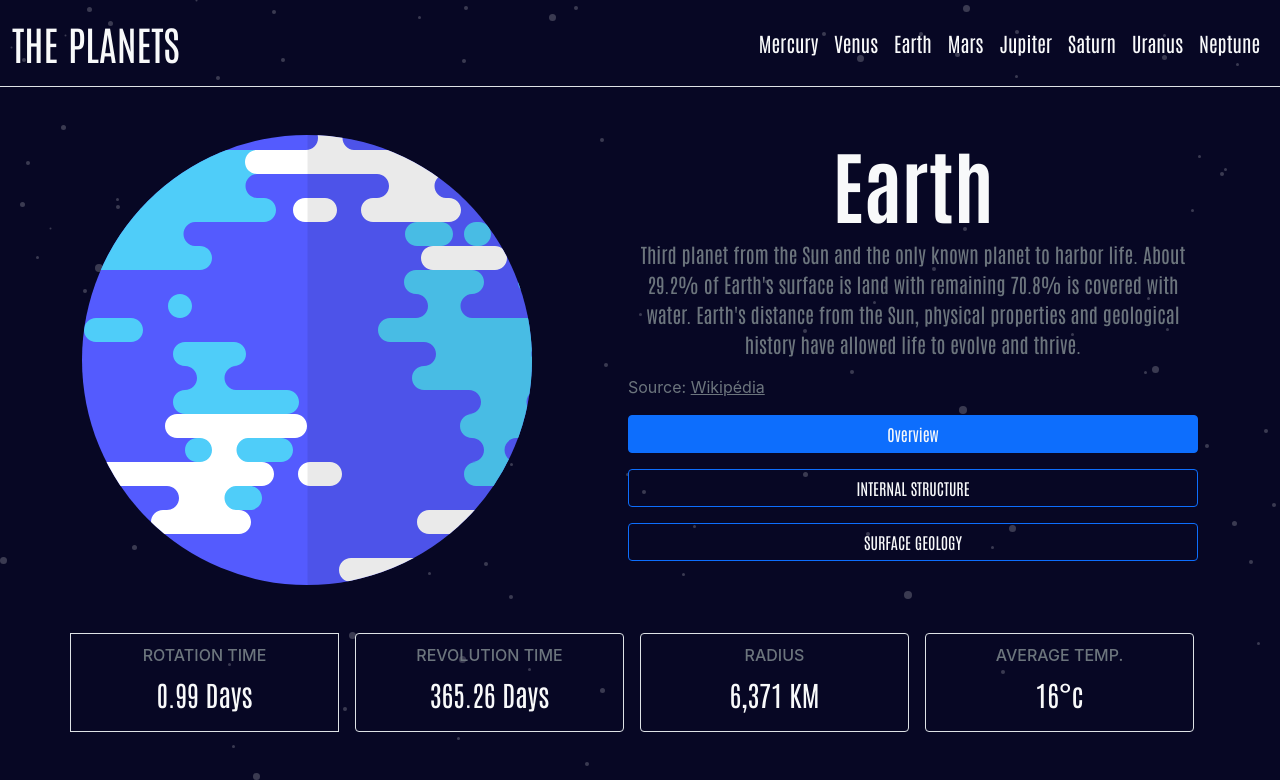
Repository: andre06x/the-planets
Page: /
An editor plug-in stored every save of this project. The page is shown before and after the next save, followed by the edit.
The browser window is 1280 px wide. The pictures show the whole page.
The project was rebuilt for these pictures with package versions that can differ from the ones it lists, and the page was loaded fresh each time.

Above is the page before, as saved 2021-10-19 17:09:00.

### public/index.html
<!DOCTYPE html>
<html lang="en">

<head>
  <meta charset="utf-8" />
  <link rel="icon" href="%PUBLIC_URL%/favicon.ico" />
  <meta name="viewport" content="width=device-width, initial-scale=1" />
  <meta name="theme-color" content="#000000" />
  <link rel="preconnect" href="https://fonts.googleapis.com">
  <link rel="preconnect" href="https://fonts.gstatic.com" crossorigin>
  <link href="https://fonts.googleapis.com/css2?family=Antonio:wght@400;500;600;700&display=swap" rel="stylesheet">
  <meta name="description" content="Web site created using create-react-app" />
  <link rel="apple-touch-icon" href="%PUBLIC_URL%/logo192.png" />
  <link rel="manifest" href="%PUBLIC_URL%/manifest.json" />
  <link rel="stylesheet" href="%PUBLIC_URL%/bootstrap-5.1.3-dist/css/bootstrap.min.css">
  <title>React App</title>
</head>

<body>
  <noscript>You need to enable JavaScript to run this app.</noscript>
  <div id="root"></div>
  <script src="./bootstrap-5.1.3-dist/js/bootstrap.min.js"></script>
</body>

</html>

### src/index.js
import React from 'react';
import ReactDOM from 'react-dom';
import App from './App';
import reportWebVitals from './reportWebVitals';
import Global from './styles/global';

ReactDOM.render(
  <React.StrictMode>
    <Global />
    <App />
  </React.StrictMode>,
  document.getElementById('root')
);

// If you want to start measuring performance in your app, pass a function
// to log results (for example: reportWebVitals(console.log))
// or send to an analytics endpoint. Learn more: https://bit.ly/CRA-vitals
reportWebVitals();

### src/App.js
// import './App.css';
import Header from './components/Header';
import Container from './components/Container';

function App() {
  return (
    <div className="App">
      <Header />
      <Container />
    </div>
  );
}

export default App;

### src/styles/global.js
import { createGlobalStyle } from 'styled-components';
import img from '../background-stars.svg';

export default createGlobalStyle`
  body {
    background-image: url(${img});
    background-color: #070724;
    background-repeat: repeat;
  margin: 0;
  font-family: -apple-system, BlinkMacSystemFont, 'Segoe UI', 'Roboto', 'Oxygen',
    'Ubuntu', 'Cantarell', 'Fira Sans', 'Droid Sans', 'Helvetica Neue',
    sans-serif;
  -webkit-font-smoothing: antialiased;
  -moz-osx-font-smoothing: grayscale;
}

code {
  font-family: source-code-pro, Menlo, Monaco, Consolas, 'Courier New',
    monospace;
}
`;

### src/components/Header.js
import React, { useEffect } from 'react';
import data from '../data.json';
import { usePlanet } from '../zustand';

const Header = () => {
  const planetSetar = usePlanet(state => state.nomePlanet);
  const planet = usePlanet(state => state.planet);

  useEffect(() => {
    console.log(planet)
  }, [planet])

  return (
    <nav class="navbar navbar-expand-lg navbar-dark bg-transparent border-bottom border-muted ">
      <div class="container-fluid d-flex justify-content-between">
        <a class="navbar-brand fs-1 text-light font-antonio" href="#a">THE PLANETS</a>
        <button class="navbar-toggler text-light" type="button" data-bs-toggle="collapse" data-bs-target="#navbarSupportedContent" aria-controls="navbarSupportedContent" aria-expanded="false" aria-label="Toggle navigation">
          <span class="navbar-toggler-icon text-light"></span>
        </button>
        <div class="collapse navbar-collapse justify-content-end" id="navbarSupportedContent">
          <div>
            <ul class="navbar-nav me-auto mb-2 mb-lg-0">
              {
                data.map(d => (
                  <li class="nav-item">
                    <a
                      class="nav-link active text-light fs-5 font-antonio"
                      aria-current="page"
                      href="#a"
                      onClick={() => planetSetar(d.name)}
                    >
                      {d.name}
                    </a>
                  </li>
                ))
              }
            </ul>
          </div>
        </div>
      </div>
    </nav>
  )
}



export default Header

### src/components/Container.js
import React, { useEffect, useState } from 'react';
// import earth from '../assets/planet-earth.svg';
import data from '../data.json';
import { usePlanet } from '../zustand';

const Container = () => {
  const [selectBox, setSelectBox] = useState(1);
  const planet = usePlanet(state => state.planet);
  // const [planet, setPlanet] = useState('Earth');
  const [text, setText] = useState(data.filter(d => d.name === planet)[0].overview);
  const [imagee, setImagee] = useState('assets/planet-earth.svg');
  const [imageGeology, setImageGeology] = useState('');
  const [dataPlanet, setDataPlanet] = useState(['']);



  const op = [
    { id: 1, titulo: 'Overview' },
    { id: 2, titulo: 'INTERNAL STRUCTURE' },
    { id: 3, titulo: 'SURFACE GEOLOGY' },
  ]

  function buttonChange(o) {
    setSelectBox(o.id);

    if (o.id === 1) {
      setText(data.filter(d => d.name === planet)[0].overview);
      setImagee(data.filter(d => d.name === planet)[0].images.planet);
      setImageGeology('');
    }

    if (o.id === 2) {
      setText(data.filter(d => d.name === planet)[0].structure);
      setImagee(data.filter(d => d.name === planet)[0].images.internal);
      setImageGeology('');

    }

    if (o.id === 3) {
      setText(data.filter(d => d.name === planet)[0].geology);
      setImagee(data.filter(d => d.name === planet)[0].images.planet);
      setImageGeology(data.filter(d => d.name === planet)[0].images.geology);
    }

  }

  useEffect(() => {
    setDataPlanet(data.filter(d => d.name === planet)[0]);
    setImagee(data.filter(d => d.name === planet)[0].images.planet);
    setText(data.filter(d => d.name === planet)[0].overview);
    setSelectBox(1);
    setImageGeology('');


  }, [planet]);
  return (
    <div className="container mt-md-5">
      <div className="d-flex flex-column">
        <div className="d-flex flex-md-row flex-column-reverse justify-content-between">
          <div className="me-md-5 d-flex justify-content-center position-relative">
            <img src={imagee} alt="" />
            <img src={imageGeology} alt="" className="position-absolute w-25 top-50 start-50 translate-middle"/>
          </div>
          <div className="ms-md-5 d-flex flex-md-column flex-column-reverse">
            <h1 className="display-1 text-light font-antonio fw-bold text-center">
              {planet}
            </h1>
            <p className="lead text-muted font-antonio text-center">
              {text.content}
            </p>
            <span className="text-secondary">
              Source: <a href="#a" className="text-secondary"> Wikipédia</a>
            </span>

            <div className="d-flex flex-md-column mt-md-3 font-antonio fw-bold">
              {op.map(o => (
                <button
                  className={`btn text-light btn-outline-primary mb-3 col-4 col-md-12 ${selectBox === o.id ? ' btn-primary' : ''}`}
                  onClick={() => buttonChange(o)}
                >
                  {o.titulo}
                </button>
              ))}
            </div>
          </div>
        </div>
      </div>
      <div className="row mt-5 mb-5 flex-md-row flex-column">
        <div class="col me-3 bg-transparent border">
          <div class="card-body d-flex flex-md-column justify-content-between align-items-center">
            <h6 class="card-subtitle mb-md-2 text-muted">
              ROTATION TIME
            </h6>
            <p class="card-text text-light font-antonio fs-md-1 fs-3">
              {dataPlanet.rotation}
            </p>
          </div>
        </div>
        <div class="card col me-3 bg-transparent border">
          <div class="card-body d-flex flex-md-column justify-content-between align-items-center">
            <h6 class="card-subtitle mb-md-2 text-muted">
              REVOLUTION TIME
            </h6>
            <p class="card-text text-light font-antonio fs-md-1 fs-3">
              {dataPlanet.revolution}
            </p>
          </div>
        </div>
        <div class="card col me-3 bg-transparent border">
          <div class="card-body d-flex flex-md-column justify-content-between align-items-center">
            <h6 class="card-subtitle mb-md-2 text-muted">
              RADIUS
            </h6>
            <p class="card-text text-light font-antonio fs-md-1 fs-3">
              {dataPlanet.radius}
            </p>
          </div>
        </div>
        <div class="card col me-3 bg-transparent border">
          <div class="card-body d-flex flex-md-column justify-content-between align-items-center">
            <h6 class="card-subtitle mb-md-2 text-muted">
              AVERAGE TEMP.
            </h6>
            <p class="card-text text-light font-antonio fs-md-1 fs-3">
              {dataPlanet.temperature}
            </p>
          </div>
        </div>
      </div>
    </div>
  )
}

export default Container;

### src/data.json
[
  {
    "name": "Mercury",
    "overview": {
      "content": "Mercury is the smallest planet in the Solar System and the closest to the Sun. Its orbit around the Sun takes 87.97 Earth days, the shortest of all the Sun's planets. Mercury is one of four terrestrial planets in the Solar System, and is a rocky body like Earth.",
      "source": "https://en.wikipedia.org/wiki/Mercury_(planet)"
    },
    "structure": {
      "content": "Mercury appears to have a solid silicate crust and mantle overlying a solid, iron sulfide outer core layer, a deeper liquid core layer, and a solid inner core. The planet's density is the second highest in the Solar System at 5.427 g/cm3 , only slightly less than Earth's density.",
      "source": "https://en.wikipedia.org/wiki/Mercury_(planet)#Internal_structure"
    },
    "geology": {
      "content": "Mercury's surface is similar in appearance to that of the Moon, showing extensive mare-like plains and heavy cratering, indicating that it has been geologically inactive for billions of years. It is more heterogeneous than either Mars's or the Moon’s.",
      "source": "https://en.wikipedia.org/wiki/Mercury_(planet)#Surface_geology"
    },
    "rotation": "58.6 Days",
    "revolution": "87.97 Days",
    "radius": "2,439.7 KM",
    "temperature": "430°c",
    "images": {
      "planet": "assets/planet-mercury.svg",
      "internal": "assets/planet-mercury-internal.svg",
      "geology": "assets/geology-mercury.png"
    }
  },
  {
    "name": "Venus",
    "overview": {
      "content": "Venus is the second planet from the Sun. It is named after the Roman goddess of love and beauty. As the brightest natural object in Earth's night sky after the Moon, Venus can cast shadows and can be, on rare occasions, visible to the naked eye in broad daylight.",
      "source": "https://en.wikipedia.org/wiki/Venus"
    },
    "structure": {
      "content": "The similarity in size and density between Venus and Earth suggests they share a similar internal structure: a core, mantle, and crust. Like that of Earth, Venusian core is most likely at least partially liquid because the two planets have been cooling at about the same rate.",
      "source": "https://en.wikipedia.org/wiki/Venus#Internal_structure"
    },
    "geology": {
      "content": "Much of the Venusian surface appears to have been shaped by volcanic activity. Venus has several times as many volcanoes as Earth, and it has 167 large volcanoes that are over 100 km (60 mi) across. The only volcanic complex of this size on Earth is the Big Island of Hawaii.",
      "source": "https://en.wikipedia.org/wiki/Venus#Surface_geology"
    },
    "rotation": "243 Days",
    "revolution": "224.7 Days",
    "radius": "6,051.8 KM",
    "temperature": "471°c",
    "images": {
      "planet": "assets/planet-venus.svg",
      "internal": "assets/planet-venus-internal.svg",
      "geology": "assets/geology-venus.png"
    }
  },
  {
    "name": "Earth",
    "overview": {
      "content": "Third planet from the Sun and the only known planet to harbor life. About 29.2% of Earth's surface is land with remaining 70.8% is covered with water. Earth's distance from the Sun, physical properties and geological history have allowed life to evolve and thrive.",
      "source": "https://en.wikipedia.org/wiki/Earth"
    },
    "structure": {
      "content": "Earth's interior, like that of the other terrestrial planets, is divided into layers by their chemical or physical (rheological) properties. The outer layer is a chemically distinct silicate solid crust, which is underlain by a highly viscous solid mantle.",
      "source": "https://en.wikipedia.org/wiki/Earth#Internal_structure"
    },
    "geology": {
      "content": "The total surface area of Earth is about 510 million km2. The continental crust consists of lower density material such as the igneous rocks granite and andesite. Less common is basalt, a denser volcanic rock that is the primary constituent of the ocean floors.",
      "source": "https://en.wikipedia.org/wiki/Earth#Surface"
    },
    "rotation": "0.99 Days",
    "revolution": "365.26 Days",
    "radius": "6,371 KM",
    "temperature": "16°c",
    "images": {
      "planet": "assets/planet-earth.svg",
      "internal": "assets/planet-earth-internal.svg",
      "geology": "assets/geology-earth.png"
    }
  },
  {
    "name": "Mars",
    "overview": {
      "content": "Mars is the fourth planet from the Sun and the second-smallest planet in the Solar System, being larger than only Mercury. In English, Mars carries the name of the Roman god of war and is often referred to as the \"Red Planet\".",
      "source": "https://en.wikipedia.org/wiki/Mars"
    },
    "structure": {
      "content": "Like Earth, Mars has differentiated into a dense metallic core overlaid by less dense materials. Scientists initially determined that the core is at least partially liquid. Current models of its interior imply a core consisting primarily of iron and nickel with about 16–17% sulfur.",
      "source": "https://en.wikipedia.org/wiki/Mars#Internal_structure"
    },
    "geology": {
      "content": "Mars is a terrestrial planet whose surface consists of minerals containing silicon and oxygen, metals, and other elements that typically make up rock. The surface is primarily composed of tholeiitic basalt, although parts are more silica-rich than typical basalt.",
      "source": "https://en.wikipedia.org/wiki/Mars#Surface_geology"
    },
    "rotation": "1.03 Days",
    "revolution": "1.88 Years",
    "radius": "3,389.5 KM",
    "temperature": "-28°c",
    "images": {
      "planet": "assets/planet-mars.svg",
      "internal": "assets/planet-mars-internal.svg",
      "geology": "assets/geology-mars.png"
    }
  },
  {
    "name": "Jupiter",
    "overview": {
      "content": "Jupiter is the fifth planet from the Sun and the largest in the Solar System. It is a gas giant with a mass two and a half times that of all the other planets in the Solar System combined, but less than one-thousandth the mass of the Sun.",
      "source": "https://en.wikipedia.org/wiki/Jupiter"
    },
    "structure": {
      "content": "When the Juno arrived in 2016, it found that Jupiter has a very diffuse core that mixes into its mantle. A possible cause is an impact from a planet of about ten Earth masses a few million years after Jupiter's formation, which would have disrupted an originally solid Jovian core.",
      "source": "https://en.wikipedia.org/wiki/Jupiter#Internal_structure"
    },
    "geology": {
      "content": "The best known feature of Jupiter is the Great Red Spot, a persistent anticyclonic storm located 22° south of the equator. It is known to have existed since at least 1831, and possibly since 1665.",
      "source": "https://en.wikipedia.org/wiki/Jupiter#Great_Red_Spot_and_other_vortices"
    },
    "rotation": "9.93 Hours",
    "revolution": "11.86 Years",
    "radius": "69,911 KM",
    "temperature": "-108°c",
    "images": {
      "planet": "assets/planet-jupiter.svg",
      "internal": "assets/planet-jupiter-internal.svg",
      "geology": "assets/geology-jupiter.png"
    }
  },
  {
    "name": "Saturn",
    "overview": {
      "content": "Saturn is the sixth planet from the Sun and the second-largest in the Solar System, after Jupiter. It is a gas giant with an average radius of about nine and a half times that of Earth. It only has one-eighth the average density of Earth.",
      "source": "https://en.wikipedia.org/wiki/Saturn"
    },
    "structure": {
      "content": "Despite consisting mostly of hydrogen and helium, most of Saturn's mass is not in the gas phase, because hydrogen becomes a non-ideal liquid when the density is above 0.01 g/cm3, which is reached at a radius containing 99.9% of Saturn's mass.",
      "source": "https://en.wikipedia.org/wiki/Saturn#Internal_structure"
    },
    "geology": {
      "content": "The outer atmosphere of Saturn contains 96.3% molecular hydrogen and 3.25% helium by volume. The planet's most famous feature is its prominent ring system, which is composed mostly of ice particles with a smaller amount of rocky debris and dust.",
      "source": "https://en.wikipedia.org/wiki/Saturn#Atmosphere"
    },
    "rotation": "10.8 Hours",
    "revolution": "29.46 Years",
    "radius": "58,232 KM",
    "temperature": "-138°c",
    "images": {
      "planet": "assets/planet-saturn.svg",
      "internal": "assets/planet-saturn-internal.svg",
      "geology": "assets/geology-saturn.png"
    }
  },
  {
    "name": "Uranus",
    "overview": {
      "content": "Uranus is the seventh planet from the Sun. Its name is a reference to the Greek god of the sky, Uranus according to Greek mythology, was the great-grandfather of Ares. It has the third-largest planetary radius and fourth-largest planetary mass in the Solar System.",
      "source": "https://en.wikipedia.org/wiki/Uranus"
    },
    "structure": {
      "content": "The standard model of Uranus's structure is that it consists of three layers: a rocky (silicate/iron–nickel) core in the centre, an icy mantle in the middle and an outer gaseous hydrogen/helium envelope. The core is relatively small, with a mass of only 0.55 Earth masses.",
      "source": "https://en.wikipedia.org/wiki/Uranus#Internal_structure"
    },
    "geology": {
      "content": "The composition of Uranus's atmosphere is different from its bulk, consisting mainly of molecular hydrogen and helium. The helium molar fraction, i.e. the number of helium atoms per molecule of gas, is 0.15±0.03 in the upper troposphere.",
      "source": "https://en.wikipedia.org/wiki/Uranus#Atmosphere"
    },
    "rotation": "17.2 Hours",
    "revolution": "84 Years",
    "radius": "25,362 KM",
    "temperature": "-195°c",
    "images": {
      "planet": "assets/planet-uranus.svg",
      "internal": "assets/planet-uranus-internal.svg",
      "geology": "assets/geology-uranus.png"
    }
  },
  {
    "name": "Neptune",
    "overview": {
      "content": "Neptune is the eighth and farthest-known Solar planet from the Sun. In the Solar System, it is the fourth-largest planet by diameter, the third-most-massive planet, and the densest giant planet. It is 17 times the mass of Earth, more massive than its near-twin Uranus.",
      "source": "https://en.wikipedia.org/wiki/Neptune"
    },
    "structure": {
      "content": "Neptune's internal structure resembles that of Uranus. Its atmosphere forms about 5% to 10% of its mass and extends perhaps 10% to 20% of the way towards the core. Increasing concentrations of methane, ammonia and water are found in the lower regions.",
      "source": "https://en.wikipedia.org/wiki/Neptune#Internal_structure"
    },
    "geology": {
      "content": "Neptune's atmosphere is 80% hydrogen and 19% helium. A trace amount of methane is also present. Prominent absorption bands of methane exist at wavelengths above 600 nm, in the red and infrared portion of the spectrum.",
      "source": "https://en.wikipedia.org/wiki/Neptune#Atmosphere"
    },
    "rotation": "16.08 Hours",
    "revolution": "164.79 Years",
    "radius": "24,622 KM",
    "temperature": "-201°c",
    "images": {
      "planet": "assets/planet-neptune.svg",
      "internal": "assets/planet-neptune-internal.svg",
      "geology": "assets/geology-neptune.png"
    }
  }
]

### src/zustand/index.js
import create from 'zustand';

const usePlanet = create(set => ({
  planet: 'Earth',
  nomePlanet: (namePlanet) => set(state => ({ planet: namePlanet}))
}))

export { usePlanet }

Loaded but not shown: src/reportWebVitals.js (common file); public/bootstrap-5.1.3-dist/css/bootstrap.min.css (library); public/bootstrap-5.1.3-dist/js/bootstrap.min.js (library)

After the next save:
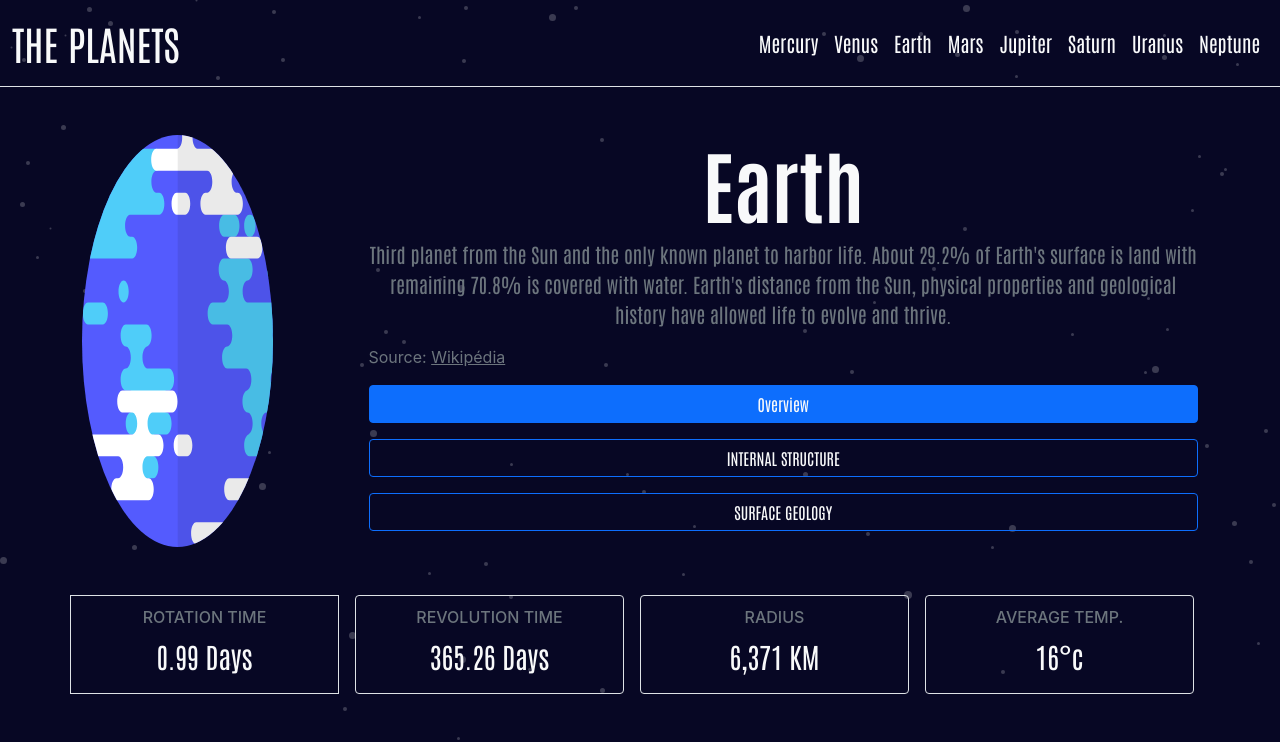
Saved 70 s later.
--- a/src/components/Container.js
+++ b/src/components/Container.js
@@ -58,7 +58,7 @@
       <div className="d-flex flex-column">
         <div className="d-flex flex-md-row flex-column-reverse justify-content-between">
           <div className="me-md-5 d-flex justify-content-center position-relative">
-            <img src={imagee} alt="" />
+            <img src={imagee} className="img-fluid" alt="" />
             <img src={imageGeology} alt="" className="position-absolute w-25 top-50 start-50 translate-middle"/>
           </div>
           <div className="ms-md-5 d-flex flex-md-column flex-column-reverse">

After the save that followed:
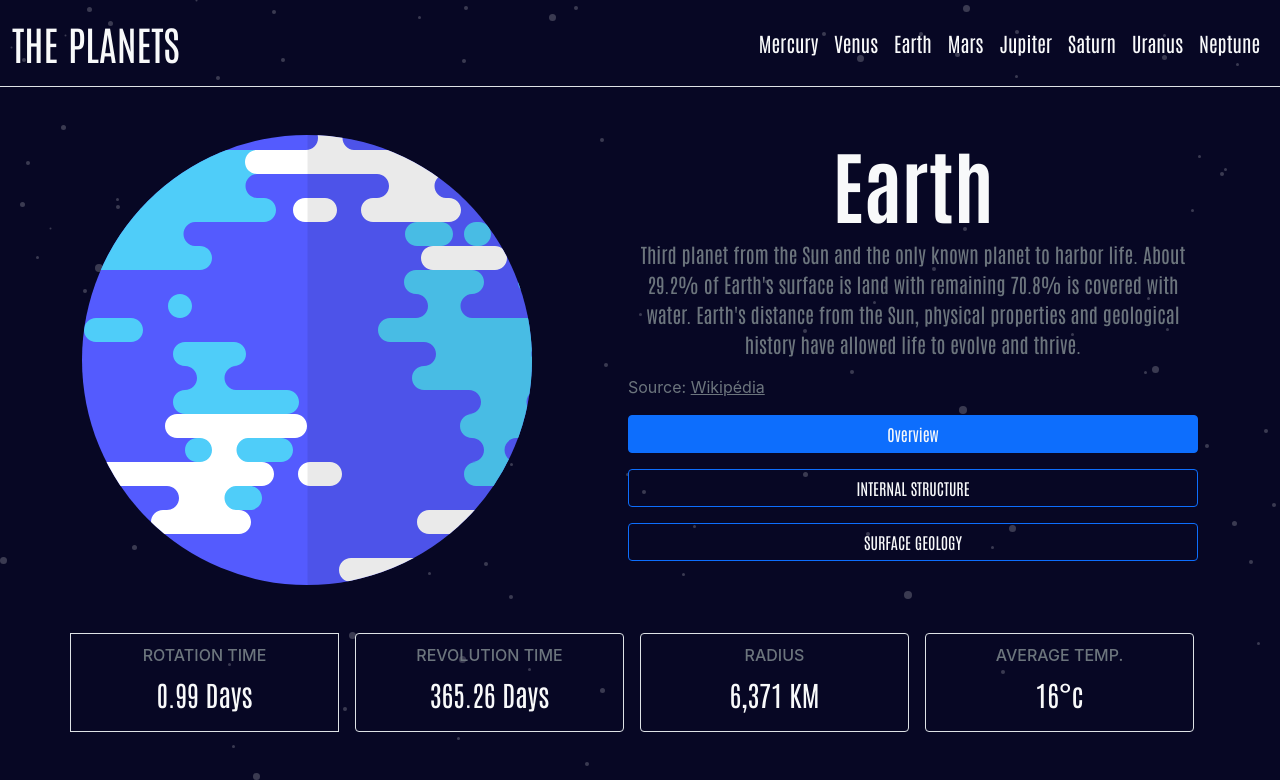
Saved 2 min 14 s later.
--- a/src/components/Container.js
+++ b/src/components/Container.js
@@ -58,7 +58,7 @@
       <div className="d-flex flex-column">
         <div className="d-flex flex-md-row flex-column-reverse justify-content-between">
           <div className="me-md-5 d-flex justify-content-center position-relative">
-            <img src={imagee} className="img-fluid" alt="" />
+            <img src={imagee} className="mw-75" alt="" />
             <img src={imageGeology} alt="" className="position-absolute w-25 top-50 start-50 translate-middle"/>
           </div>
           <div className="ms-md-5 d-flex flex-md-column flex-column-reverse">
